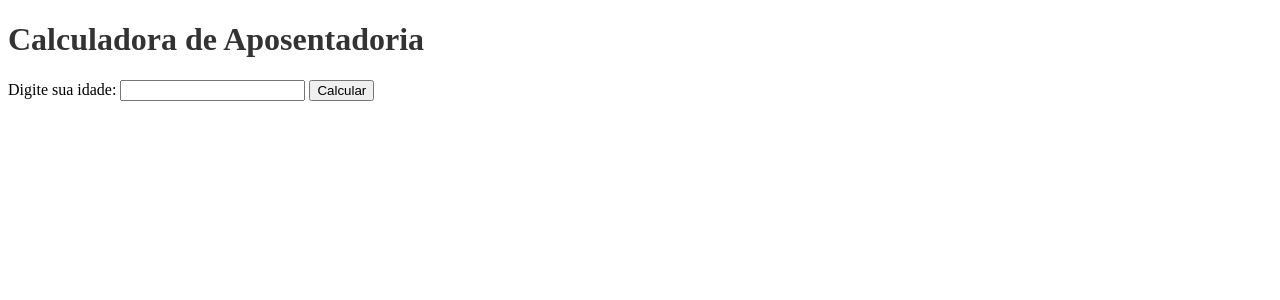
Repository: Gabrielb0rn/Java-script.io
Page: 19aula 1208/index.html
These files come from the project's save history. The page is drawn as it stood at one moment and after a run of saves; the edit follows.
The browser window is 1280 px wide. The pictures show the whole page.

Above is the page before, as saved 2024-08-12 08:31:13.

After the next 2 saves:
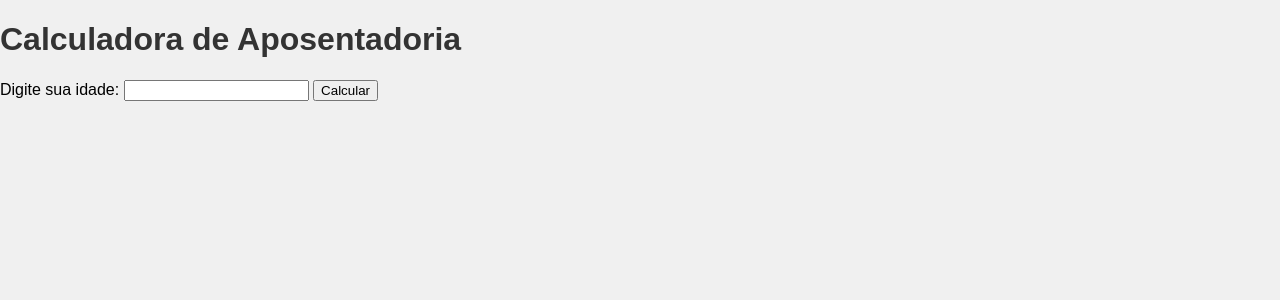
The 2 saves are shown as one change because they came seconds apart.
The last was saved 18 s later.
--- a/19aula 1208/assets/style.css
+++ b/19aula 1208/assets/style.css
@@ -1,6 +1,3 @@
-Estilo de um site simples
-
-
 body {
     background-color: #f0f0f0;
     font-family: Arial, sans-serif;
